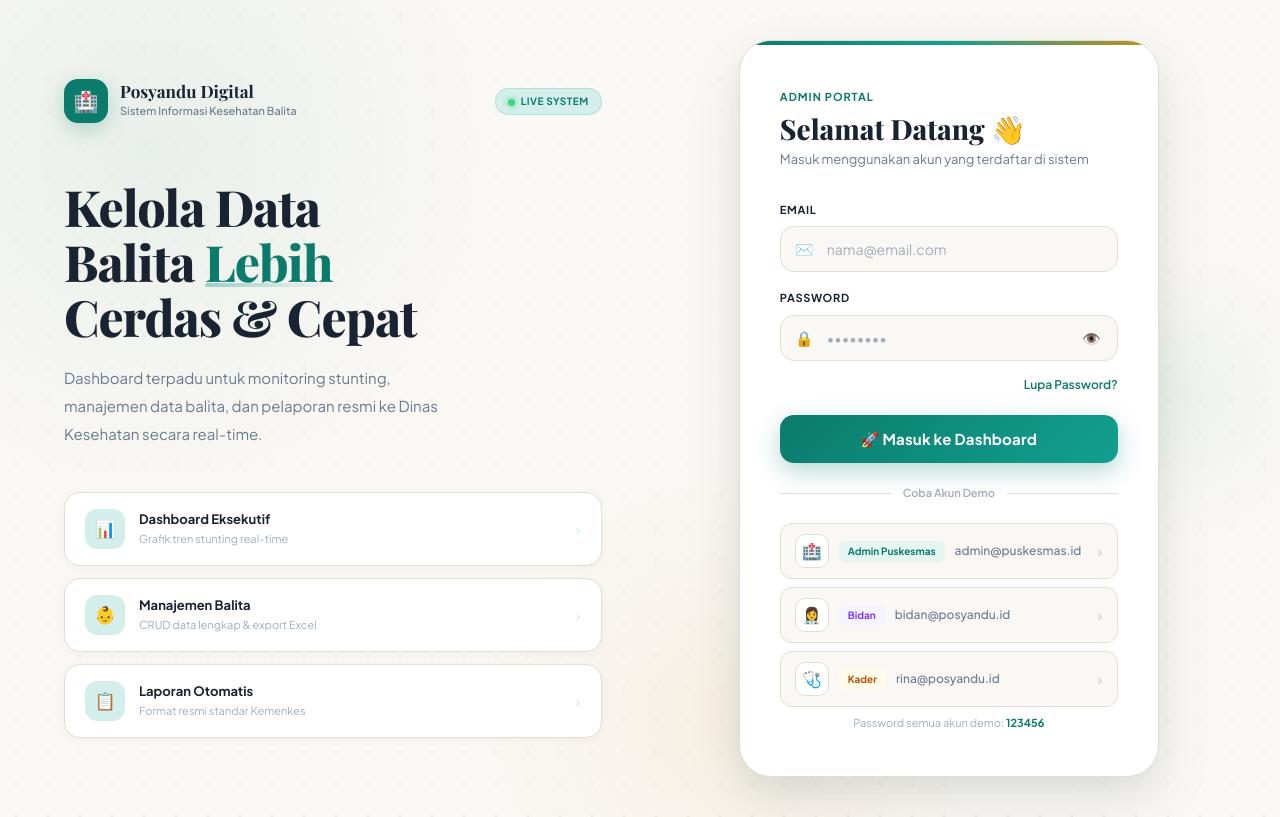
Repository: RiskyXfebriansyah/project_pui
Page: /
The author's editor kept a copy of each file at every save. The page is drawn from the files as they stood at one save, then again after the next save.
The browser window is 1280 px wide. The pictures show the whole page.
The project was rebuilt for these pictures with package versions that can differ from the ones it lists, and the page was loaded fresh each time. Also part of the build but not shown: vite.config.js, src/utils/helpers.js, src/components/ui/Components.jsx, src/data/dummyData.js, src/pages/DashboardPage.jsx, src/pages/BalitaPage.jsx, src/pages/LaporanPage.jsx, src/pages/JadwalPage.jsx and 3 more.

Above is the page before, as saved 2026-03-03 08:12:39.

### index.html
<!doctype html>
<html lang="en">
  <head>
    <meta charset="UTF-8" />
    <link rel="icon" type="image/svg+xml" href="/vite.svg" />
    <meta name="viewport" content="width=device-width, initial-scale=1.0" />
    <title>posyandu_web</title>
  </head>
  <body>
    <div id="root"></div>
    <script type="module" src="/src/main.jsx"></script>
  </body>
</html>

### src/index.css
/* RESET DASAR */
* {
  margin: 0;
  padding: 0;
  box-sizing: border-box;
}

/* ROOT FULL HEIGHT */
html,
body,
#root {
  height: 100%;
  width: 100%;
}

/* BODY NORMAL (TIDAK CENTER) */
body {
  font-family: system-ui, Avenir, Helvetica, Arial, sans-serif;
  background-color: #f5f6fa;
  line-height: 1.5;
}

/* LINK */
a {
  text-decoration: none;
  color: inherit;
}

/* BUTTON OPTIONAL CLEAN STYLE */
button {
  cursor: pointer;
  font-family: inherit;
}

### src/pages/LoginPage.jsx
// ============================================================
//  LoginPage — LIGHT ELEGANT VERSION
//  Palette: Soft Ivory + Teal Green + Warm Gold
//  Clean editorial layout with subtle organic shapes
// ============================================================

import React, { useState } from 'react';

const DEMO_ACCOUNTS = [
  { label:'Admin Puskesmas', email:'admin@puskesmas.id', color:'#0D7B6A', bg:'#E6F5F2', icon:'🏥' },
  { label:'Bidan',           email:'bidan@posyandu.id',  color:'#7C3AED', bg:'#F5F3FF', icon:'👩‍⚕️' },
  { label:'Kader',           email:'rina@posyandu.id',   color:'#B45309', bg:'#FFFBEB', icon:'🩺' },
];

const styles = `
  @import url('https://fonts.googleapis.com/css2?family=Playfair+Display:wght@600;700;800&family=Plus+Jakarta+Sans:wght@400;500;600;700&display=swap');

  *, *::before, *::after { box-sizing: border-box; margin: 0; padding: 0; }

  :root {
    --ivory: #FAF8F4;
    --ivory2: #F3EFE7;
    --teal: #0B7B6B;
    --teal-light: #12A090;
    --teal-pale: #D4EFEB;
    --gold: #C9901A;
    --gold-pale: #FEF3C7;
    --text: #1A2332;
    --text-muted: #6B7A8D;
    --text-faint: #A0ADBC;
    --white: #FFFFFF;
    --border: #E4DDD3;
    --shadow: rgba(11,123,107,0.12);
  }

  body { background: var(--ivory); }

  .lr-root {
    min-height: 100vh;
    display: flex;
    font-family: 'Plus Jakarta Sans', sans-serif;
    background: var(--ivory);
    position: relative;
    overflow: hidden;
  }

  /* Decorative background shapes */
  .bg-circle {
    position: absolute;
    border-radius: 50%;
    pointer-events: none;
  }
  .bg-c1 {
    width: 700px; height: 700px;
    background: radial-gradient(circle, rgba(11,123,107,0.07) 0%, transparent 70%);
    top: -200px; left: -200px;
  }
  .bg-c2 {
    width: 500px; height: 500px;
    background: radial-gradient(circle, rgba(201,144,26,0.08) 0%, transparent 70%);
    bottom: -150px; right: 300px;
  }
  .bg-c3 {
    width: 300px; height: 300px;
    background: radial-gradient(circle, rgba(11,123,107,0.05) 0%, transparent 70%);
    top: 30%; right: -50px;
  }

  /* Decorative dots grid */
  .dots-grid {
    position: absolute;
    top: 0; left: 0; right: 0; bottom: 0;
    background-image: radial-gradient(circle, #cfc9be 1px, transparent 1px);
    background-size: 32px 32px;
    opacity: 0.35;
    pointer-events: none;
  }

  /* LEFT PANEL */
  .left-panel {
    width: 52%;
    display: flex;
    flex-direction: column;
    justify-content: center;
    padding: 72px 64px;
    position: relative;
    z-index: 2;
  }

  .brand-row {
    display: flex;
    align-items: center;
    gap: 12px;
    margin-bottom: 56px;
  }
  .brand-icon {
    width: 44px; height: 44px;
    background: var(--teal);
    border-radius: 14px;
    display: flex; align-items: center; justify-content: center;
    font-size: 20px;
    box-shadow: 0 6px 20px rgba(11,123,107,0.25);
  }
  .brand-text-name {
    font-family: 'Playfair Display', serif;
    font-weight: 700;
    font-size: 17px;
    color: var(--text);
    line-height: 1;
  }
  .brand-text-sub {
    font-size: 11px;
    color: var(--text-muted);
    font-weight: 500;
    margin-top: 3px;
  }
  .brand-badge-pill {
    margin-left: auto;
    background: var(--teal-pale);
    color: var(--teal);
    font-size: 10px;
    font-weight: 700;
    padding: 5px 12px;
    border-radius: 100px;
    letter-spacing: 0.5px;
    text-transform: uppercase;
    border: 1px solid rgba(11,123,107,0.15);
  }

  .live-dot {
    display: inline-block;
    width: 7px; height: 7px;
    background: #2ED36B;
    border-radius: 50%;
    margin-right: 6px;
    animation: blink 2s infinite;
    vertical-align: middle;
  }
  @keyframes blink {
    0%, 100% { opacity: 1; box-shadow: 0 0 6px #2ED36B; }
    50% { opacity: 0.5; box-shadow: 0 0 12px #2ED36B; }
  }

  .hero-tag {
    display: inline-flex;
    align-items: center;
    gap: 8px;
    background: var(--gold-pale);
    color: var(--gold);
    font-size: 12px;
    font-weight: 700;
    padding: 8px 16px;
    border-radius: 100px;
    border: 1px solid rgba(201,144,26,0.2);
    margin-bottom: 24px;
    width: fit-content;
  }

  .hero-title {
    font-family: 'Playfair Display', serif;
    font-size: 50px;
    font-weight: 800;
    color: var(--text);
    line-height: 1.1;
    margin-bottom: 20px;
    letter-spacing: -1px;
  }
  .hero-title em {
    font-style: normal;
    color: var(--teal);
    position: relative;
    display: inline-block;
  }
  .hero-title em::after {
    content: '';
    position: absolute;
    bottom: 2px; left: 0; right: 0;
    height: 4px;
    background: linear-gradient(90deg, var(--teal-light), transparent);
    border-radius: 2px;
    opacity: 0.4;
  }

  .hero-desc {
    color: var(--text-muted);
    font-size: 15px;
    line-height: 1.85;
    margin-bottom: 44px;
    max-width: 400px;
  }

  .stats-row {
    display: flex;
    gap: 0;
    margin-bottom: 44px;
    background: var(--white);
    border: 1.5px solid var(--border);
    border-radius: 20px;
    overflow: hidden;
    width: fit-content;
    box-shadow: 0 4px 20px rgba(0,0,0,0.06);
  }
  .stat-item {
    padding: 20px 28px;
    text-align: center;
    position: relative;
  }
  .stat-item + .stat-item::before {
    content: '';
    position: absolute; left: 0; top: 20%; bottom: 20%;
    width: 1px; background: var(--border);
  }
  .stat-num {
    font-family: 'Playfair Display', serif;
    font-size: 26px; font-weight: 800;
    color: var(--teal); line-height: 1;
    margin-bottom: 4px;
  }
  .stat-label { font-size: 11px; color: var(--text-faint); font-weight: 600; text-transform: uppercase; letter-spacing: 0.5px; }

  .features-col { display: flex; flex-direction: column; gap: 12px; }
  .feature-row {
    display: flex; align-items: center; gap: 14px;
    padding: 16px 20px;
    background: var(--white);
    border: 1.5px solid var(--border);
    border-radius: 16px;
    transition: all 0.25s ease;
    cursor: default;
    box-shadow: 0 2px 8px rgba(0,0,0,0.04);
  }
  .feature-row:hover {
    border-color: var(--teal);
    box-shadow: 0 6px 24px var(--shadow);
    transform: translateY(-1px);
  }
  .feature-ico {
    width: 40px; height: 40px;
    background: var(--teal-pale);
    border-radius: 12px;
    display: flex; align-items: center; justify-content: center;
    font-size: 17px; flex-shrink: 0;
  }
  .feature-name { font-size: 13px; font-weight: 700; color: var(--text); }
  .feature-desc { font-size: 11px; color: var(--text-faint); margin-top: 2px; }
  .feature-arrow { margin-left: auto; color: var(--teal-pale); font-size: 18px; transition: all 0.2s; }
  .feature-row:hover .feature-arrow { color: var(--teal); transform: translateX(3px); }

  /* RIGHT PANEL */
  .right-panel {
    flex: 1;
    display: flex;
    align-items: center;
    justify-content: center;
    padding: 40px 48px 40px 0;
    position: relative;
    z-index: 2;
  }

  .login-card {
    width: 100%;
    max-width: 420px;
    background: var(--white);
    border-radius: 32px;
    padding: 44px 40px;
    border: 1.5px solid var(--border);
    box-shadow: 0 24px 60px rgba(0,0,0,0.09), 0 8px 24px rgba(11,123,107,0.06);
    position: relative;
    overflow: hidden;
  }
  .card-top-accent {
    position: absolute; top: 0; left: 0; right: 0;
    height: 4px;
    background: linear-gradient(90deg, var(--teal), var(--teal-light), var(--gold));
    border-radius: 32px 32px 0 0;
  }

  .card-header { margin-bottom: 32px; padding-top: 4px; }
  .card-sup { font-size: 11px; font-weight: 700; color: var(--teal); text-transform: uppercase; letter-spacing: 1px; margin-bottom: 8px; }
  .card-title {
    font-family: 'Playfair Display', serif;
    font-size: 28px; font-weight: 800;
    color: var(--text); margin-bottom: 6px; line-height: 1.1;
  }
  .card-sub { font-size: 13px; color: var(--text-muted); }

  .field-group { margin-bottom: 18px; }
  .field-label {
    display: block;
    font-size: 11px; font-weight: 700;
    color: var(--text);
    text-transform: uppercase; letter-spacing: 0.7px;
    margin-bottom: 8px;
  }
  .input-wrap { position: relative; }
  .input-icon {
    position: absolute; left: 15px; top: 50%;
    transform: translateY(-50%); font-size: 15px; pointer-events: none;
    z-index: 1;
  }
  .text-input {
    width: 100%;
    padding: 13px 16px 13px 46px;
    border-radius: 14px;
    border: 1.5px solid var(--border);
    font-size: 14px;
    font-family: 'Plus Jakarta Sans', sans-serif;
    background: var(--ivory);
    color: var(--text);
    outline: none;
    transition: all 0.2s;
  }
  .text-input::placeholder { color: var(--text-faint); }
  .text-input:focus {
    border-color: var(--teal);
    background: var(--white);
    box-shadow: 0 0 0 4px rgba(11,123,107,0.08);
  }
  .pass-toggle {
    position: absolute; right: 13px; top: 50%;
    transform: translateY(-50%);
    background: none; border: none; cursor: pointer; font-size: 15px; padding: 4px;
  }

  .error-box {
    display: flex; align-items: center; gap: 8px;
    padding: 11px 14px;
    background: #FFF1F2;
    border: 1.5px solid #FECDD3;
    border-radius: 12px;
    color: #E11D48;
    font-size: 13px;
    margin-bottom: 14px;
  }

  .forgot-row { text-align: right; margin-bottom: 20px; margin-top: -8px; }
  .forgot-btn {
    background: none; border: none;
    color: var(--teal); font-size: 12px; font-weight: 600;
    cursor: pointer; font-family: 'Plus Jakarta Sans', sans-serif;
    transition: opacity 0.2s;
  }
  .forgot-btn:hover { opacity: 0.7; text-decoration: underline; }

  .submit-btn {
    width: 100%; padding: 14px;
    background: linear-gradient(135deg, var(--teal), var(--teal-light));
    color: #fff; border: none; border-radius: 14px;
    font-size: 15px; font-weight: 700;
    font-family: 'Plus Jakarta Sans', sans-serif;
    cursor: pointer;
    display: flex; align-items: center; justify-content: center; gap: 8px;
    box-shadow: 0 8px 24px rgba(11,123,107,0.3);
    transition: all 0.2s;
    letter-spacing: 0.2px;
  }
  .submit-btn:hover:not(:disabled) {
    transform: translateY(-2px);
    box-shadow: 0 14px 36px rgba(11,123,107,0.4);
  }
  .submit-btn:active:not(:disabled) { transform: translateY(0); }
  .submit-btn:disabled { opacity: 0.65; cursor: not-allowed; }

  .divider {
    display: flex; align-items: center; gap: 12px; margin: 22px 0;
  }
  .divider-line { flex: 1; height: 1px; background: var(--border); }
  .divider-text { font-size: 11px; font-weight: 600; color: var(--text-faint); white-space: nowrap; }

  .demo-item {
    display: flex; align-items: center; gap: 10px;
    padding: 10px 14px; border-radius: 12px; margin-bottom: 8px;
    cursor: pointer; transition: all 0.15s;
    border: 1.5px solid var(--border);
    background: var(--ivory);
  }
  .demo-item:hover { background: var(--teal-pale); border-color: var(--teal); }
  .demo-item.active { border-color: var(--teal); background: #E6F5F2; }
  .demo-icon {
    width: 34px; height: 34px; border-radius: 10px;
    display: flex; align-items: center; justify-content: center;
    font-size: 16px; flex-shrink: 0; background: var(--white);
    border: 1px solid var(--border);
  }
  .demo-label {
    padding: 3px 9px; border-radius: 6px;
    font-size: 10px; font-weight: 700; flex-shrink: 0;
  }
  .demo-email { flex: 1; font-size: 12px; color: var(--text-muted); font-weight: 500; }
  .demo-hint { text-align: center; font-size: 11px; color: var(--text-faint); margin-top: 8px; }
  .demo-hint strong { color: var(--teal); }

  /* MODAL */
  .modal-overlay {
    position: fixed; inset: 0; z-index: 99999;
    background: rgba(26,35,50,0.5);
    backdrop-filter: blur(8px);
    display: flex; align-items: center; justify-content: center;
  }
  .modal-box {
    background: var(--white); border-radius: 28px;
    padding: 44px 36px; max-width: 390px; width: 90%;
    text-align: center;
    box-shadow: 0 40px 80px rgba(0,0,0,0.2);
    border: 1.5px solid var(--border);
    animation: modalIn 0.35s cubic-bezier(0.34,1.56,0.64,1);
  }
  @keyframes modalIn {
    from { opacity: 0; transform: scale(0.88) translateY(16px); }
    to { opacity: 1; transform: scale(1) translateY(0); }
  }
  .modal-icon {
    width: 76px; height: 76px; border-radius: 50%;
    background: linear-gradient(135deg, var(--teal-pale), #C7EDE8);
    border: 2.5px solid rgba(11,123,107,0.2);
    display: flex; align-items: center; justify-content: center;
    font-size: 34px; margin: 0 auto 20px;
  }
  .modal-title {
    font-family: 'Playfair Display', serif;
    font-size: 22px; font-weight: 800; color: var(--text); margin-bottom: 10px;
  }
  .modal-desc { font-size: 14px; color: var(--text-muted); line-height: 1.75; margin-bottom: 22px; }
  .modal-info {
    background: var(--ivory2);
    border: 1.5px solid var(--border);
    border-radius: 14px; padding: 16px 18px; margin-bottom: 24px;
    display: flex; align-items: flex-start; gap: 12px; text-align: left;
  }
  .modal-btn {
    width: 100%; padding: 13px;
    background: linear-gradient(135deg, var(--teal), var(--teal-light));
    color: #fff; border: none; border-radius: 12px;
    font-size: 14px; font-weight: 700; cursor: pointer;
    font-family: 'Plus Jakarta Sans', sans-serif;
    box-shadow: 0 6px 20px rgba(11,123,107,0.25);
    transition: all 0.2s;
  }
  .modal-btn:hover { transform: translateY(-1px); box-shadow: 0 10px 30px rgba(11,123,107,0.35); }
`;

export default function LoginPage({ onLogin, error: externalError }) {
  const [email, setEmail]       = useState('');
  const [password, setPassword] = useState('');
  const [showPass, setShowPass] = useState(false);
  const [isLoading, setLoading] = useState(false);
  const [error, setError]       = useState('');
  const [selectedDemo, setDemo] = useState(-1);
  const [showMobileWarning, setShowMobileWarning] = useState(false);

  function fillDemo(idx) {
    setDemo(idx);
    setEmail(DEMO_ACCOUNTS[idx].email);
    setPassword('123456');
    setError('');
    setShowMobileWarning(false);
  }

  async function handleLogin(e) {
    e.preventDefault();
    if (!email || !password) { setError('Isi email dan password terlebih dahulu'); return; }
    setLoading(true);
    setError('');
    setShowMobileWarning(false);
    const result = await onLogin(email, password);
    setLoading(false);
    if (!result || result.ok === false) {
      if (result?.role === 'orang_tua') { setShowMobileWarning(true); }
      else { setError('Email atau password tidak sesuai'); }
      return;
    }
    if (result.ok && result.role === 'orang_tua') {
      localStorage.removeItem('posyandu_user');
      setShowMobileWarning(true);
    }
  }

  return (
    <>
      <style>{styles}</style>
      <div className="lr-root">
        {/* Backgrounds */}
        <div className="dots-grid" />
        <div className="bg-circle bg-c1" />
        <div className="bg-circle bg-c2" />
        <div className="bg-circle bg-c3" />

        {/* Mobile Warning Modal */}
        {showMobileWarning && (
          <div className="modal-overlay">
            <div className="modal-box">
              <div className="modal-icon">📱</div>
              <div className="modal-title">Akun Orang Tua</div>
              <p className="modal-desc">
                Akun <strong style={{color:'var(--teal)'}}>{email}</strong> adalah akun <strong>Orang Tua</strong>.
                Halaman ini khusus untuk <strong>Tenaga Medis & Admin</strong>.
              </p>
              <div className="modal-info">
                <span style={{fontSize:22, flexShrink:0}}>📲</span>
                <div>
                  <div style={{fontWeight:700, fontSize:13, color:'var(--teal)', marginBottom:4}}>
                    Gunakan Aplikasi Mobile
                  </div>
                  <div style={{fontSize:12, color:'var(--text-muted)', lineHeight:1.6}}>
                    Unduh <strong>Posyandu Digital</strong> di Play Store atau App Store
                    untuk memantau perkembangan anak Anda.
                  </div>
                </div>
              </div>
              <button className="modal-btn" onClick={() => setShowMobileWarning(false)}>
                Mengerti
              </button>
            </div>
          </div>
        )}

        {/* ── LEFT PANEL ── */}
        <div className="left-panel">
          <div className="brand-row">
            <div className="brand-icon">🏥</div>
            <div>
              <div className="brand-text-name">Posyandu Digital</div>
              <div className="brand-text-sub">Sistem Informasi Kesehatan Balita</div>
            </div>
            <div className="brand-badge-pill">
              <span className="live-dot" />
              Live System
            </div>
          </div>



          <h1 className="hero-title">
            Kelola Data<br/>
            Balita <em>Lebih</em><br/>
            Cerdas & Cepat
          </h1>

          <p className="hero-desc">
            Dashboard terpadu untuk monitoring stunting, manajemen data balita,
            dan pelaporan resmi ke Dinas Kesehatan secara real-time.
          </p>



          <div className="features-col">
            {[
              ['📊', 'Dashboard Eksekutif', 'Grafik tren stunting real-time'],
              ['👶', 'Manajemen Balita',    'CRUD data lengkap & export Excel'],
              ['📋', 'Laporan Otomatis',    'Format resmi standar Kemenkes'],
            ].map(([icon, name, desc]) => (
              <div key={name} className="feature-row">
                <div className="feature-ico">{icon}</div>
                <div>
                  <div className="feature-name">{name}</div>
                  <div className="feature-desc">{desc}</div>
                </div>
                <div className="feature-arrow">›</div>
              </div>
            ))}
          </div>
        </div>

        {/* ── RIGHT PANEL ── */}
        <div className="right-panel">
          <div className="login-card">
            <div className="card-top-accent" />

            <div className="card-header">
              <div className="card-sup">Admin Portal</div>
              <h2 className="card-title">Selamat Datang 👋</h2>
              <p className="card-sub">Masuk menggunakan akun yang terdaftar di sistem</p>
            </div>

            <form onSubmit={handleLogin}>
              <div className="field-group">
                <label className="field-label">Email</label>
                <div className="input-wrap">
                  <span className="input-icon">✉️</span>
                  <input
                    type="email" value={email}
                    onChange={e => setEmail(e.target.value)}
                    placeholder="nama@email.com"
                    className="text-input"
                  />
                </div>
              </div>

              <div className="field-group">
                <label className="field-label">Password</label>
                <div className="input-wrap">
                  <span className="input-icon">🔒</span>
                  <input
                    type={showPass ? 'text' : 'password'}
                    value={password}
                    onChange={e => setPassword(e.target.value)}
                    placeholder="••••••••"
                    className="text-input"
                    style={{paddingRight: 44}}
                  />
                  <button type="button" className="pass-toggle" onClick={() => setShowPass(!showPass)}>
                    {showPass ? '🙈' : '👁️'}
                  </button>
                </div>
              </div>

              {(error || externalError) && (
                <div className="error-box">⚠️ {error || externalError}</div>
              )}

              <div className="forgot-row">
                <button type="button" className="forgot-btn">Lupa Password?</button>
              </div>

              <button type="submit" disabled={isLoading} className="submit-btn">
                {isLoading ? '⏳ Memproses...' : '🚀 Masuk ke Dashboard'}
              </button>
            </form>

            <div className="divider">
              <div className="divider-line" />
              <span className="divider-text">Coba Akun Demo</span>
              <div className="divider-line" />
            </div>

            {DEMO_ACCOUNTS.map((acc, i) => (
              <div
                key={i}
                onClick={() => fillDemo(i)}
                className={`demo-item${selectedDemo === i ? ' active' : ''}`}
              >
                <div className="demo-icon">{acc.icon}</div>
                <span className="demo-label" style={{ background: acc.bg, color: acc.color }}>
                  {acc.label}
                </span>
                <span className="demo-email">{acc.email}</span>
                <span style={{
                  fontSize: selectedDemo === i ? 18 : 14,
                  color: selectedDemo === i ? 'var(--teal)' : '#CBD5E1',
                  fontWeight: 700,
                }}>
                  {selectedDemo === i ? '✓' : '›'}
                </span>
              </div>
            ))}

            <p className="demo-hint">Password semua akun demo: <strong>123456</strong></p>
          </div>
        </div>
      </div>
    </>
  );
}

Loaded but not shown: src/main.jsx (common file); src/Services/api.js (139 lines, source omitted); src/hooks/useBalita.js (167 lines, source omitted); src/hooks/useAuth.js (124 lines, source omitted); src/hooks/usePengguna.js (86 lines, source omitted); src/hooks/useJadwal.js (58 lines, source omitted); src/App.jsx (138 lines, source omitted)

After the next save:
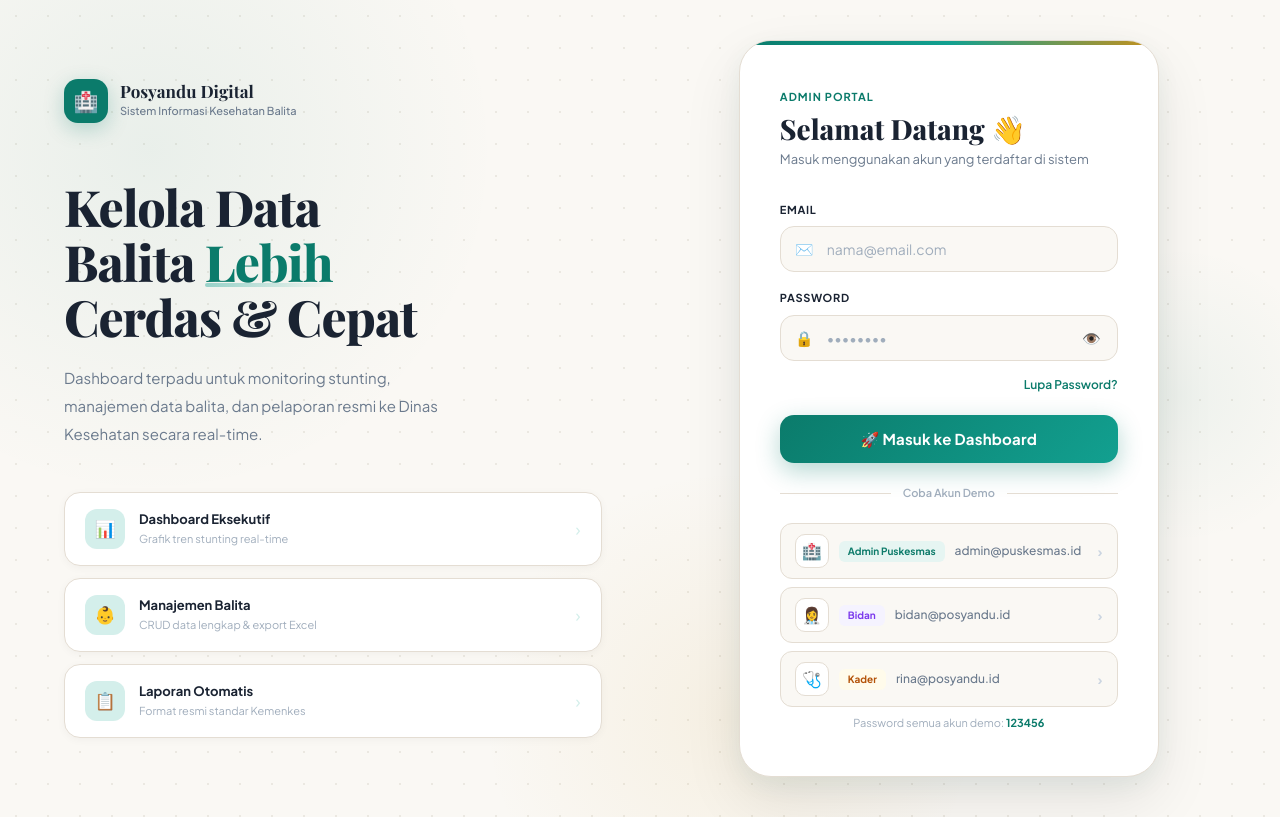
Saved 19 s later.
--- a/src/pages/LoginPage.jsx
+++ b/src/pages/LoginPage.jsx
@@ -522,10 +522,7 @@ export default function LoginPage({ onLogin, error: externalError }) {
               <div className="brand-text-name">Posyandu Digital</div>
               <div className="brand-text-sub">Sistem Informasi Kesehatan Balita</div>
             </div>
-            <div className="brand-badge-pill">
-              <span className="live-dot" />
-              Live System
-            </div>
+
           </div>
 
 
